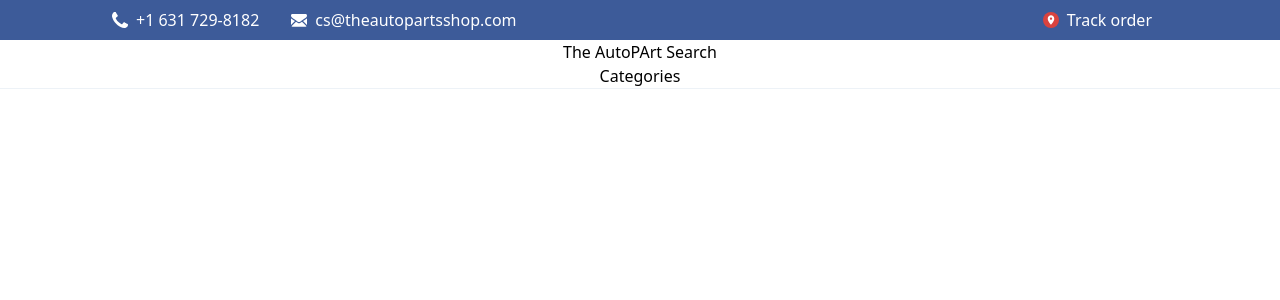
Repository: robindhimanspineor/TAPS-Next
Page: /
An editor plug-in stored every save of this project. The page is shown before and after the next save, followed by the edit.
The browser window is 1280 px wide. The pictures show the whole page.
The project was rebuilt for these pictures with package versions that can differ from the ones it lists, and the page was loaded fresh each time. The framework's server and built-in components were replaced by stand-ins that run in the browser. Also part of the build but not shown: next.config.js.

Above is the page before, as saved 2021-09-16 16:22:55.

After the next save:
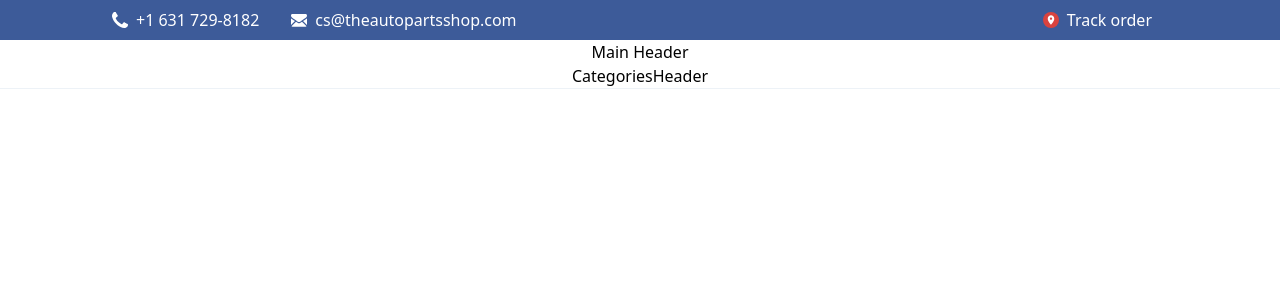
Saved 78 s later.
--- a/src/components/common/header/index.js
+++ b/src/components/common/header/index.js
@@ -1,11 +1,13 @@
 import TopHeader from './top-header';
+import MainHeader from './main-header.tsx';
+import CategoriesHeader from './categories-header';
 
 const Header = () => {
   return (
     <header className="flex flex-col items-center justify-center w-full static border-b z-50">
       <TopHeader />
-      <div>The AutoPArt Search</div>
-      <div>Categories</div>
+      <MainHeader />
+      <CategoriesHeader />
     </header>
   );
 };
